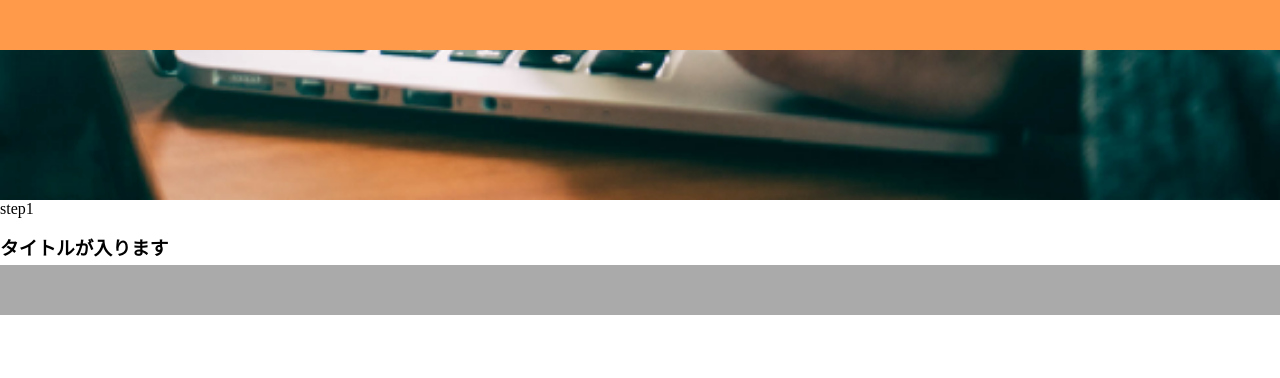
Repository: trmtmy/debug2
Page: chapter9/chapter9.html
The author's editor kept a record of every edit. The page is drawn from the files as they stood at one moment, then again after the next edit.
The browser window is 1280 px wide. The pictures show the whole page.
Some web libraries are served in a nearby version.

Above is the page before.

### chapter9/chapter9.html
<!DOCTYPE html>
<html lang="ja">
  <head>
    <meta charset="UTF-8" />
    <!-- FontAwesomeの読み込み -->
    <script src="https://kit.fontawesome.com/0393e2e04e.js" crossorigin="anonymous"></script>
    <!-- CSSファイルの読み込み -->
    <link rel="stylesheet" href="chapter9.css" />
    <title>9章</title>
  </head>

  <body>

<header>
  <div class="header"></div>
</header>

<div class="main">
  <div class="box1">
    <div class="img1"></div>
    <span class="step1">step1</span>
    <h3 class="title">タイトルが入ります</h3>
    <p class="文章が入ります。"></p>
  </div>

  <div class="box2">

  </div>

  <div class="box3">

  </div>

</main>

<footer>
  <div class="footer">

  </div>
</footer>

  </body>
</html>

<a href="mailto:"></a>

### chapter9/chapter9.css
*{
  margin: 0;
  padding:  0;
  box-sizing: border-box;
}

header {
  background-color: #FF9A4B;
  height: 50px;
}

main {
width: 960px;
margin: 50px auto;
display: flex;
}

.box {
  width: 300px;
  margin-right: 30px;
  padding: 10px;
  position: relative;
  background-color: #EEEEEE;
}

.box:last-child {
  margin-right: 0;
}



.img1 {
  height: 150px;
  background-image: url(flow01.png);
  background-size: cover;
  background-position: bottom;
}


.img2 {
  height: 150px;
  background-image: url(flow02.png);
  background-size: cover;
  background-position: bottom;
}

.img3 {
  height: 150px;
  background-image: url(flow03.png);
  background-size: cover;
  background-position: bottom;
}

.step {
  position: absolute;
  top: 0;
  left: 0;
  background-color: #ff9a4b;
  color: #fff;
}

.title {
  margin: 15px 0 5px;
}

.footer {
  background-color: #AAAAAA;
  height: 50px;
}

@media screen and (max-width: 768px) {

  header {
    width: 100%;
  }

  main {
    width: 100%;
  display: block;
  margintop: 50px;

  }

  .box {
    width: 90%;
    margin: 0 auto;

  }

  .img1 {
    width:100%;
    height: 150px;

  }
  .img2 {
    width: 100%;
    height:150px;

  }
  .img3 {
    width: 100%;
    height: 150px;

  }

  .title {
    width: 100%;
  }

  footer {
    width: 100%;
  }
}

After the next edit:
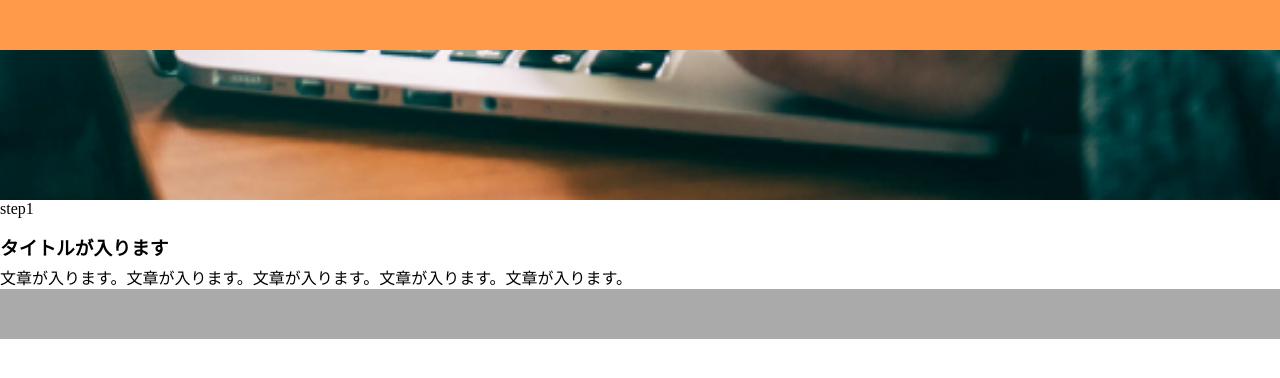
The edit:
--- a/chapter9/chapter9.html
+++ b/chapter9/chapter9.html
@@ -20,7 +20,7 @@
     <div class="img1"></div>
     <span class="step1">step1</span>
     <h3 class="title">タイトルが入ります</h3>
-    <p class="文章が入ります。"></p>
+    <p class="text">文章が入ります。文章が入ります。文章が入ります。文章が入ります。文章が入ります。</p>
   </div>
 
   <div class="box2">
